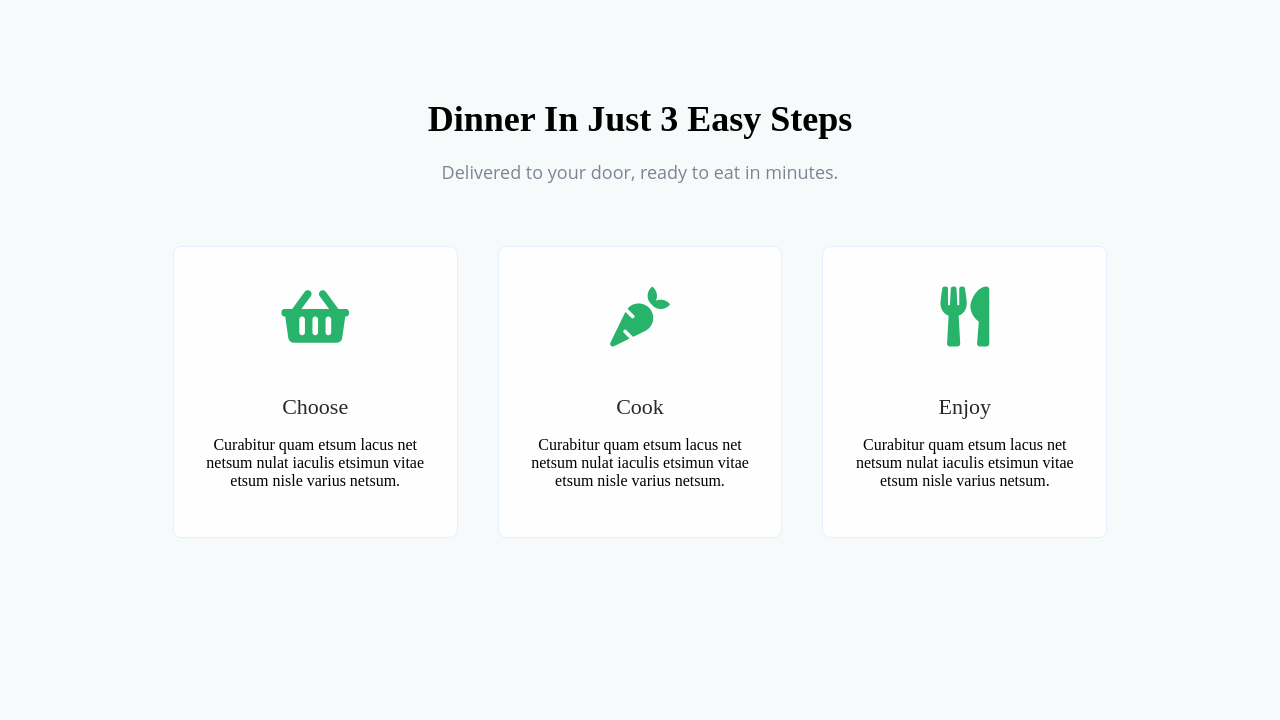
Repository: ST-United-Internship/leadpage
Page: card-UI.html
An editor plug-in stored every save of this project. The page is shown before and after a run of saves, followed by the edit.
The browser window is 1280 px wide. The pictures show the whole page.

Above is the page before, as saved 2023-03-15 16:34:52.

After the next 3 saves:
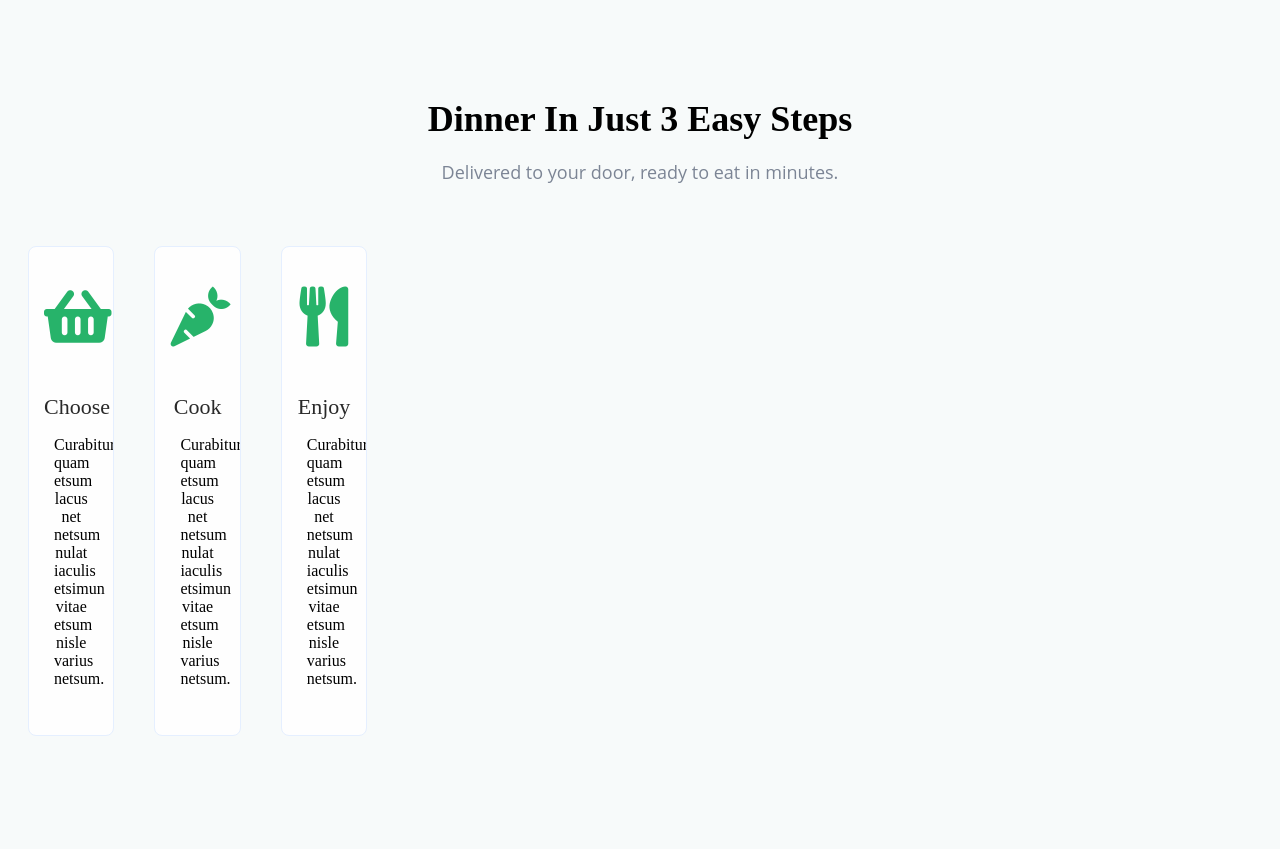
The 3 saves are shown as one change because they came seconds apart.
The last was saved 44 s later.
--- a/css/card-UI.css
+++ b/css/card-UI.css
@@ -40,7 +40,7 @@ section{
 .card-UI .about .columm{
     display: flex;
     justify-content: center;
-    flex: 20%;
+    width: 30%;
 }
 
 .title-card{
